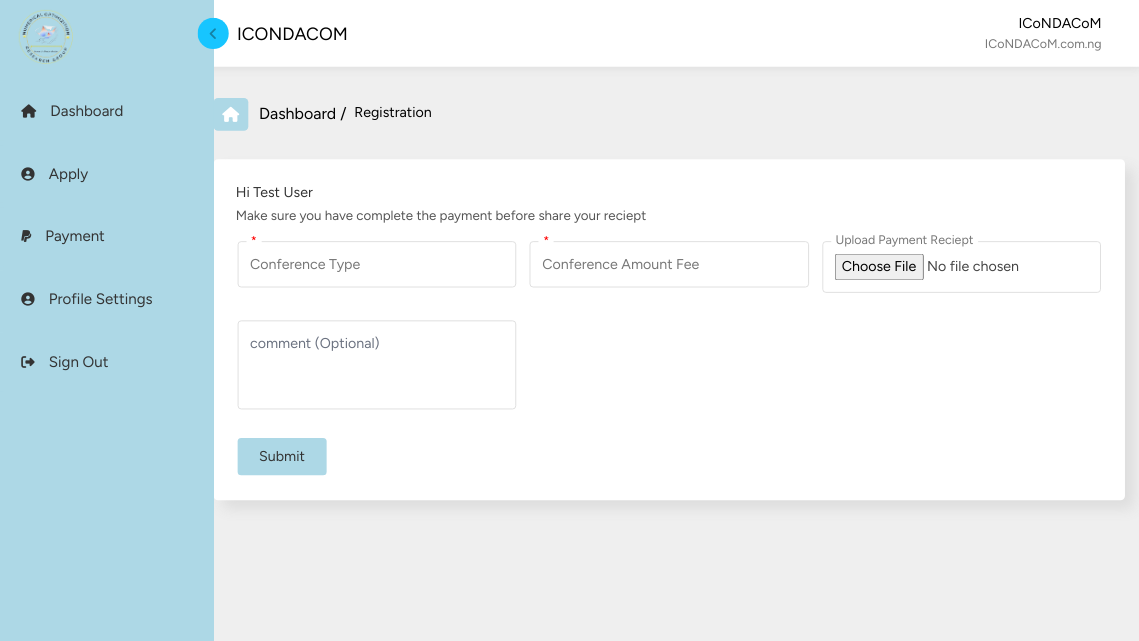
Repository: mrcode-gmb/aa-lectturn
Page: http://localhost/payment/user
These files come from the project's save history. The page is drawn as it stood at one moment and after the next save; the edit follows.
The browser window is 1280 px wide. The pictures show the whole page, at 89% of full size.
The page is served by the project's Laravel application, run on PHP 8.4 with Laravel 10. A made-up administrator, Test User (test@example.com), is signed in. Other server files are loaded and not shown. Queries for data that is not in the repository find no rows.

Above is the page before, as saved 2024-12-22 15:38:08.

### routes/web.php
<?php

use App\Models\User;
use Illuminate\Support\Facades\Mail;
use Illuminate\Support\Facades\Route;
use App\Http\Controllers\ProfileController;
use App\Http\Controllers\ApplyCompetationController;

/*
|--------------------------------------------------------------------------
| Web Routes
|--------------------------------------------------------------------------
|
| Here is where you can register web routes for your application. These
| routes are loaded by the RouteServiceProvider and all of them will
| be assigned to the "web" middleware group. Make something great!
|
*/

Route::get('/', function () {
    return view('welcome');
});

Route::get('/dashboard', function () {
    return view('dashboard',
    [
        "allUsers" => User::where("role",2)->count(),
        "allPendingUsers" => User::where("status",1)->count(),
        "allApprovedUsers" => User::where("status",2)->count(),
        "allRejectedUsers" => User::where("status",3)->count(),
    ]);
})->middleware(['auth', 'verified'])->name('dashboard');

Route::middleware('auth')->group(function () {
    Route::get('/profile', [ProfileController::class, 'edit'])->name('profile.edit');
    Route::patch('/profile', [ProfileController::class, 'update'])->name('profile.update');
    Route::delete('/profile', [ProfileController::class, 'destroy'])->name('profile.destroy');

    Route::controller(ApplyCompetationController::class)->group(function () {
        Route::get("/apply", "index")->name("apply");
        Route::get("/users/applied", "showAppliedUsers")->name("apply.showAppliedUsers");
        Route::get("/users/payment/histories", "showPaymentHistories")->name("apply.showPaymentHistories");
        Route::get("/users/all", "showAlldUsers")->name("all.showAppliedUsers");
        Route::post("apply/store", "store")->name("apply.store");
        Route::post("apply/update", "update")->name("apply.update");
        Route::post("apply/payment-status", "paymentStatus")->name("apply.paymentStatus");
        Route::get("/payment/user", "userPayment")->name("userPayment");
        Route::post("/payment/payment", "userPaymentPayment")->name("userPaymentPayment");
    });
});

require __DIR__ . '/auth.php';

### app/Models/User.php
<?php

namespace App\Models;

// use Illuminate\Contracts\Auth\MustVerifyEmail;
use Illuminate\Database\Eloquent\Factories\HasFactory;
use Illuminate\Foundation\Auth\User as Authenticatable;
use Illuminate\Notifications\Notifiable;
use Laravel\Sanctum\HasApiTokens;

class User extends Authenticatable
{
    use HasApiTokens, HasFactory, Notifiable;

    /**
     * The attributes that are mass assignable.
     *
     * @var array<int, string>
     */
    protected $fillable = [
        'name',
        'email',
        "status",
        'password',
    ];

    /**
     * The attributes that should be hidden for serialization.
     *
     * @var array<int, string>
     */
    protected $hidden = [
        'password',
        'remember_token',
    ];

    /**
     * The attributes that should be cast.
     *
     * @var array<string, string>
     */
    protected $casts = [
        'email_verified_at' => 'datetime',
        'password' => 'hashed',
    ];

    public function userApplied()
    {
        return $this->hasOne(ApplyCompetation::class);
    }
    public function payment()
    {
        return $this->hasOne(Payment::class);
    }
}

### resources/views/make-payment.blade.php
<x-app-layout>
    <section>
        <div class="main">
            <section id="mainbody">
                <div class="main-body">
                    <!-- start Dashboard tabs -->
                    <div class="str">
                        <div class="str-home">
                            <i class="fa fa-home"></i>
                            <div class="db">
                                <h4>Dashboard / &nbsp;</h4>
                                <p>Registration</p>
                            </div>
                        </div>
                    </div>
                    @if (Auth::user()->status != 0)
                        @if (Auth::user()->payment->user_id ?? false)
                            <div class="was-apply">
                                <div class="tabs" id="tabls">
                                    <div class="full-chart">
                                        <div class="chart-title flex-class">
                                            <div class="circle-success">
                                                <i class="fa fa-brands fa-paypal"></i>
                                            </div>
                                            <div class="circle-text">
                                                <p>Payment Reciepts</p>
                                            </div>
                                        </div>
                                    </div>
                                    <x-auth-session-status class="mb-4" :status="session('success')" />
                                    <div class="table-st" id="bloodBanks">
                                        <div class="table-st-head">
                                            <h4>Payment Reciepts</h4>
                                            <div class="input-seach">
                                                <input type="text" placeholder="Search" onkeyup="searchBlood(true)"
                                                    id="searchBarBlood">
                                            </div>
                                        </div>
                                        <div class="table-body">
                                            <table class="student-data">
                                                <tr class="border">
                                                    <th>S/N</th>
                                                    <th>Full name</th>
                                                    <th>Conference type</th>
                                                    <th>Conference amount fee</th>
                                                    <th>Payment reciept</th>
                                                    <th>Comment</th>
                                                    <th>Date</th>
                                                </tr>
                                                <tr class="searchtab rowBlood">
                                                    <td>{{ 1 }}</td>
                                                    <td>{{ Auth::user()->name }}</td>
                                                    <td>{{ Auth::user()->payment->papers_present }}</td>
                                                    <td>{{ Auth::user()->payment->conference_amount }}</td>
                                                    <td>
                                                        @if (Auth::user()->payment->file_upload == '')
                                                            No file
                                                        @else
                                                            <a
                                                                href="{{ Storage::url(Auth::user()->payment->file_upload) }}">Download
                                                                | View</a>
                                                        @endif
                                                    </td>
                                                    <td>{{ Auth::user()->payment->payment_comment }}</td>
                                                    <td>
                                                        @if (Auth::user()->payment->status == 1)
                                                            <div class="status">
                                                                In review
                                                            </div>
                                                        @elseif (Auth::user()->payment->status == 2)
                                                            <div class="status-approved">
                                                                Approved
                                                            </div>
                                                        @else
                                                            <div class="status-reject">
                                                                Rejected
                                                            </div>
                                                        @endif
                                                    </td>
                                                    <td>{{ Auth::user()->payment->created_at->format("d M, Y h:i A") }}</td>
                                                </tr>
                                            </table>
                                        </div>
                                    </div>
                                </div>
                            </div>
                        @else
                            <div class="now-apply">
                                <div class="tabs" id="tabls">
                                    <div class="full-chart">
                                        <div class="chart-title">
                                            <h3>Hi {{ Auth::user()->name }}</h3>
                                            <p>Make sure you have complete the payment before share your reciept</p>
                                        </div>

                                        <form class="form-apply mt-1" method="POST"
                                            action="{{ route('userPaymentPayment') }}" enctype="multipart/form-data">
                                            @csrf
                                            <div class="form-body form-padding-0">
                                                <div class="form-donor-user" id="donorCheck">
                                                    <div class="grid grid:3 gap10">
                                                        <div>
                                                            <div class="form-group">
                                                                <select name="papers_present" id="papers_present"
                                                                    onchange="selectValue(true)">
                                                                    <option value="" hidden>Conference Type
                                                                    </option>
                                                                    <option value="Onsite presenters">Onsite presenters
                                                                    </option>
                                                                    <option value="Online presenters">Online presenters
                                                                    </option>
                                                                    <option value="Participants without paper">
                                                                        Participants
                                                                        without paper</option>
                                                                    <option value="Accompany">Accompany</option>
                                                                </select>
                                                                <label for=""> <span
                                                                        class="text-danger">*</span></label>
                                                            </div>
                                                            <x-input-error :messages="$errors->get('papers_present')" />
                                                        </div>
                                                        <div>
                                                            <div class="form-group">
                                                                <select name="conference_amount" id="conference_amount">
                                                                    <option value="" hidden>Conference Amount Fee
                                                                    </option>
                                                                </select>
                                                                <label for=""> <span
                                                                        class="text-danger">*</span></label>
                                                            </div>
                                                            <x-input-error :messages="$errors->get('conference_amount')" />
                                                        </div>
                                                        <div>
                                                            <div class="form-group">
                                                                <input type="file" placeholder=" "
                                                                    value="{{ old('file_upload') }}" name="file_upload">
                                                                <label for="">Upload Payment Reciept</label>
                                                            </div>
                                                            <x-input-error :messages="$errors->get('file_upload')" />
                                                        </div>
                                                        <div>
                                                            <div class="form-group">
                                                                <textarea name="payment_comment" placeholder="comment (Optional)"></textarea>
                                                            </div>
                                                            <x-input-error :messages="$errors->get('payment_comment')" />
                                                        </div>
                                                    </div>
                                                    <div class="mt-1">
                                                        <div class="form-group form-btn-look">
                                                            <button>Submit</button>
                                                        </div>
                                                    </div>
                                                </div>
                                            </div>
                                        </form>
                                    </div>
                                    <br>
                                </div>
                            </div>
                        @endif
                    @else
                        <div class="was-apply">
                            <div class="tabs" id="tabls">
                                <div class="full-chart">
                                    <div class="chart-title flex-class">
                                        <div class="circle-pending">
                                            <i class="fa fa-check-circle"></i>
                                        </div>
                                        <div class="circle-text">
                                            <p>Hello, {{ Auth::user()->name }}! Please click the 'Apply' button below
                                                to submit your application before proceeding with the payment. <u><a
                                                        href='{{ route('apply') }}'>Apply Now</a></u>.</p>
                                        </div>
                                    </div>
                                </div>
                            </div>
                        </div>
                    @endif
                </div>
            </section>
        </div>
    </section>
    <script>
        const selectValue = (bool) => {

            const select = document.getElementById("papers_present").value;
            const conference_amount = document.getElementById("conference_amount");

            const array = [{
                    type: 'Onsite presenters',
                    name: 'Faculty members: N50,000',
                },
                {
                    type: 'Onsite presenters',
                    name: 'Students: N25,000',
                },
                {
                    type: 'Onsite presenters',
                    name: 'International: 100USD',
                },

                // Online presenters
                {
                    type: 'Online presenters',
                    name: 'Faculty members: N25,000',
                },
                {
                    type: 'Online presenters',
                    name: 'Students: N15,000',
                },
                {
                    type: 'Online presenters',
                    name: 'International: 50USD',
                },

                // Participants without paper
                {
                    type: 'Participants without paper',
                    name: 'Corporate: N70,000',
                },
                {
                    type: 'Participants without paper',
                    name: 'Individual:: N25,000',
                },

                // Accompany
                {
                    type: 'Accompany',
                    name: 'Individual: N20,000',
                },

            ]

            const filteredPlans = array.filter(plan =>
                (select ? plan.type === select : true)
            );
            conference_amount.innerHTML = '';

            filteredPlans.forEach((options) => {
                const optionElement = document.createElement('option');
                optionElement.textContent = options.name; // Set the display text
                optionElement.value = options.name; // Set the value attribute
                conference_amount.appendChild(optionElement);
            });

        }
    </script>
</x-app-layout>

### app/Models/Payment.php
<?php

namespace App\Models;

use Illuminate\Database\Eloquent\Factories\HasFactory;
use Illuminate\Database\Eloquent\Model;

class Payment extends Model
{
    use HasFactory;

    protected $fillable = [
        'user_id',
        'papers_present',
        'conference_amount',
        'payment_comment',
        'file_upload',
        'status'
    ];

    public function user()
    {
        return $this->belongsTo(User::class);
    }
}

### resources/views/components/input-error.blade.php
@props(['messages'])

@if ($messages)
    <ul {{ $attributes->merge(['class' => 'text-sm text-red-600 dark:text-red-400 my-300']) }}>
        @foreach ((array) $messages as $message)
            <li>{{ $message }}</li>
        @endforeach
    </ul>
@endif

### resources/views/components/auth-session-status.blade.php
@props(['status'])

@if ($status)
    <div {{ $attributes->merge(['class' => 'font-medium text-sm text-green-600 dark:text-green-400 alert-success']) }}>
        <i class="fa fa-check-circle"></i>&nbsp;{{ $status }}
    </div>
@endif

Loaded but not shown: routes/auth.php (common file); app/Http/Controllers/Auth/EmailVerificationPromptController.php (common file); app/Http/Controllers/Controller.php (common file); app/Http/Controllers/Auth/VerifyEmailController.php (common file); app/View/Components/AppLayout.php (common file); public/asset/fontawesome-free/css/all.min.css (library); public/asset/fontawesome-free/css/all.css (library); public/asset/styles.css (1619 lines, source omitted); app/Http/Controllers/ApplyCompetationController.php (267 lines, source omitted); public/asset/form.css (503 lines, source omitted); resources/views/layouts/app.blade.php (123 lines, source omitted); resources/views/layouts/navigation.blade.php (128 lines, source omitted)

After the next save:
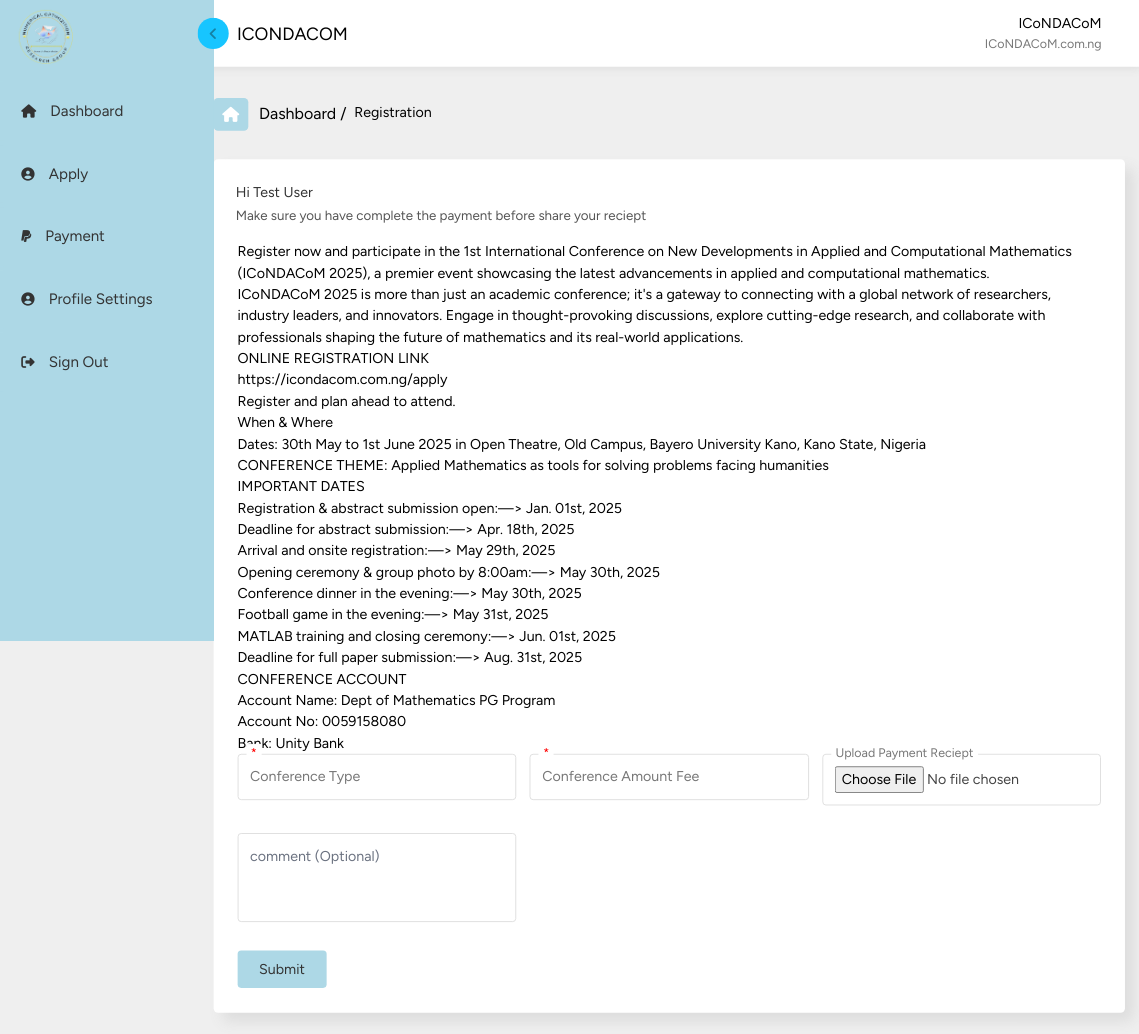
Saved 5 s later.
--- a/resources/views/make-payment.blade.php
+++ b/resources/views/make-payment.blade.php
@@ -96,6 +96,48 @@
                                         <form class="form-apply mt-1" method="POST"
                                             action="{{ route('userPaymentPayment') }}" enctype="multipart/form-data">
                                             @csrf
+                                            <div class="pro-secord-body-contents">
+                                                <p>Register now and participate in the 1st International Conference on New Developments in
+                                                    Applied and Computational Mathematics (ICoNDACoM 2025), a premier event showcasing the
+                                                    latest advancements in applied and computational mathematics.</p>
+                                                <p>ICoNDACoM 2025 is more than just an academic conference; it's a gateway to connecting with a
+                                                    global network of researchers, industry leaders, and innovators. Engage in thought-provoking
+                                                    discussions, explore cutting-edge research, and collaborate with professionals shaping the
+                                                    future of mathematics and its real-world applications.</p>
+
+
+                                                <h3>ONLINE REGISTRATION LINK</h3>
+                                                <a href="https://icondacom.com.ng/apply">https://icondacom.com.ng/apply</a>
+                                                <p>Register and plan ahead to attend.</p>
+
+
+                                                <h3>When & Where</h3>
+                                                <p>Dates: 30th May to 1st June 2025 in Open Theatre, Old Campus, Bayero
+                                                    University Kano, Kano State, Nigeria</p>
+                                                <p>CONFERENCE THEME: Applied Mathematics as tools for solving problems facing humanities</p>
+
+
+                                                <h3>IMPORTANT DATES</h3>
+                                                <p>Registration & abstract submission open:—> Jan. 01st, 2025</p>
+                                                <p>Deadline for abstract submission:—> Apr. 18th, 2025</p>
+                                                <p>Arrival and onsite registration:—> May 29th, 2025</p>
+                                                <p>Opening ceremony & group photo by 8:00am:—> May 30th, 2025</p>
+                                                <p>Conference dinner in the evening:—> May 30th, 2025</p>
+                                                <p>Football game in the evening:—> May 31st, 2025</p>
+                                                <p>MATLAB training and closing ceremony:—> Jun. 01st, 2025</p>
+                                                <p>Deadline for full paper submission:—> Aug. 31st, 2025</p>
+
+
+
+
+                                                <h3>CONFERENCE ACCOUNT</h3>
+                                                <p>
+                                                    Account Name: Dept of Mathematics PG Program <br>
+                                                    Account No: 0059158080 <br>
+                                                    {{-- Account Type: Waiting <br> --}}
+                                                    Bank: Unity Bank
+                                                </p>
+                                            </div>
                                             <div class="form-body form-padding-0">
                                                 <div class="form-donor-user" id="donorCheck">
                                                     <div class="grid grid:3 gap10">
